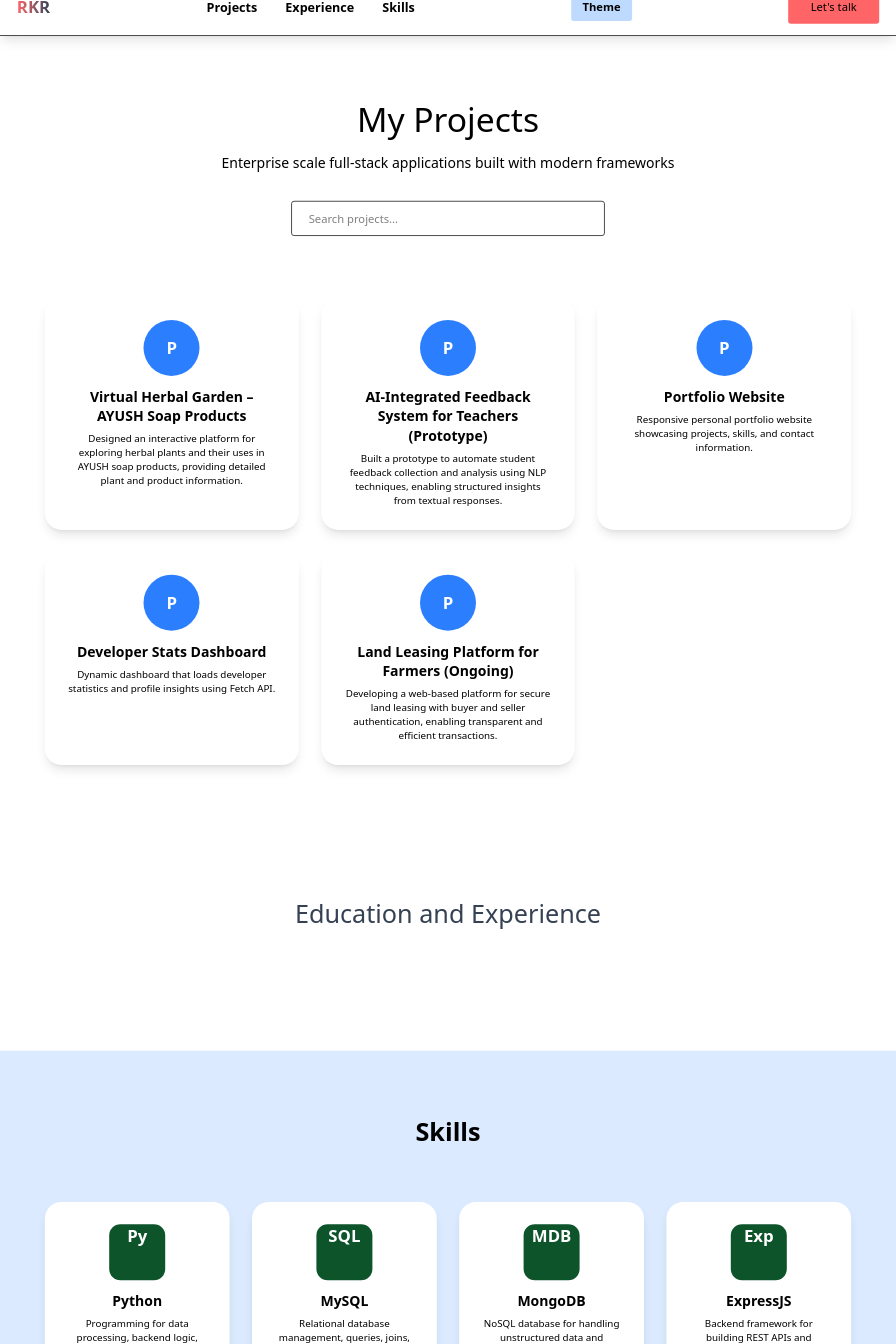
Repository: Rhaashee/myProfile
Page: index.html
The author's editor kept a copy of each file at every save. The page is drawn from the files as they stood at one save, then again after a run of saves.
The browser window is 1280 px wide. The pictures show the part of the page from y = 750 to 2670 px (the page is 3723 px tall), at 70% of full size.

Above is the page before, as saved 2026-04-27 16:53:11.
Console error: SyntaxError: Identifier 'projectsData' has already been declared

### index.html
<!-- MERN_Stu_FebMay26Mys\W4\D5\portfolio-project\index.html -->
<!DOCTYPE html>
<html lang="en">

<head>
    <meta charset="UTF-8">
    <meta name="viewport" content="width=device-width, initial-scale=1.0">

    <title>Week 3 & 4 Portfolio Project</title>

    <script src="https://cdn.jsdelivr.net/npm/@tailwindcss/browser@4"></script>

    <link rel="stylesheet" href="css/custom.css">

</head>

<body>
    <!-- HERO SECTION -->

    <section
        class="min-h-screen flex flex-col lg:flex-row lg:items-center lg:justify-between px-8 lg:px-16 py-20 gap-12 lg:gap-20">

        <div class="order-2 lg:order-1 flex-1 lg:max-w-lg text-center lg:text-left">

            <h1 class="text-5xl mb-6">Rhaashee L</h1>

            <p class="text-xl lg:text-2xl text-slate-600 font-bold mb-10 max-w-md mx-auto lg:mx-0">
                Full-Stack developer | MERN enthusiast | Competitive Programmer
            </p>

            <div
                class="flex flex-col sm:flex-row gap-4 justify-center lg:justify-start items-center lg:items-start mb-8">

                <a href="#projects" class="bg-red-400 hover:bg-green-500 px-10 py-4 rounded shadow-xl">
                    View Projects
                </a>

                <a href="#resume" class="bg-blue-400 hover:bg-green-500 px-10 py-4 rounded shadow-xl">
                    Download Resume
                </a>

            </div>

            <div class="flex flex-wrap gap-6 justify-center lg:justify-start text-sm font-bold">

                <span>100+ Github commits</span>
                <span>50 LeetCode Questions Solved</span>
                <span>1 live projects completed</span>

            </div>

        </div>

        <div class="order-1 lg:order-2 w-full lg:w-96 max-w-sm mx-auto lg:mx-0">

            <img src="assets/images/img.jpg" alt="My photo"
                class="aspect-square w-full rounded shadow-lg mx-auto lg:mx-0 hover:ring-blue-500 transition-all duration-300 hover:scale-[1.02]"
                loading="lazy">

        </div>

    </section>

    <!-- NAVBAR -->

    <nav class="sticky top-0 z-50 bg-white/95 backdrop-blur-md border-b shadow-lg">

        <div class="max-w-7xl mx-auto px-6 py-4 flex items-center justify-between">

            <a href="#"
                class="text-2xl font-bold bg-clip-text bg-gradient-to-r from-red-400 to-slate-700 text-transparent">
                RKR
            </a>

            <ul class="hidden md:flex items-center gap-10">

                <li><a href="#projects" class="text-lg font-bold hover:text-blue-600">Projects</a></li>

                <li><a href="#experience" class="text-lg font-bold hover:text-blue-600">Experience</a></li>

                <li><a href="#skills" class="text-lg font-bold hover:text-blue-600">Skills</a></li>

            </ul>
            <button id="theme-toggle" class="bg-blue-200 px-4 py-2 rounded font-bold">Theme</button>
            <a href="#contact" class="bg-red-400 hover:bg-green-500 rounded transition-all duration-300 px-8 py-3">
                Let's talk
            </a>

        </div>

    </nav>

    <!-- PROJECTS -->

    <section id="projects" class="py-24 px-8 lg:px-16">

        <div class="max-w-7xl mx-auto">

            <div class="text-center mb-10">

                <h2 class="text-4xl lg:text-5xl mb-6">My Projects</h2>

                <p class="text-xl max-w-2xl mx-auto">
                    Enterprise scale full-stack applications built with modern frameworks
                </p>

            </div>

            <!-- Project Search (Feature will attach here) -->

            <div class="mb-10 text-center">

                <input id="project-search" type="text" placeholder="Search projects..."
                    class="border rounded px-6 py-3 w-full max-w-md">

            </div>

            <!-- Project Filter Bar -->

            <div id="project-filters" class="flex flex-wrap justify-center gap-4 mb-12">
            </div>

            <!-- Dynamic container for projects -->

            <div id="projects-container" class="grid grid-cols-1 md:grid-cols-2 lg:grid-cols-3 gap-8">
            </div>

        </div>

    </section>

    <!-- EXPERIENCE -->

    <section id="experience" class="py-24 px-8 lg:px-16">

        <div class="max-w-4xl mx-auto">

            <h2 class="text-4xl text-gray-700 text-center mb-20">
                Education and Experience
            </h2>

            <!-- existing experience cards remain unchanged -->

        </div>

    </section>

    <!-- SKILLS -->

    <section id="skills" class="py-24 px-8 lg:px-16 bg-blue-100">

        <div class="max-w-7xl mx-auto">

            <h2 class="text-4xl text-center font-bold mb-20">
                Skills
            </h2>

            <!-- Dynamic Skills Container -->

            <div id="skills-container" class="grid grid-cols-1 md:grid-cols-2 lg:grid-cols-4 gap-8">
            </div>

        </div>

    </section>

    <!-- CONTACT MODAL -->

    <button id="modal-trigger"
        class="fixed bottom-8 right-8 w-16 h-16 bg-blue-900 text-white rounded-full shadow-2xl flex items-center justify-center text-2xl font-bold">
        ☏
    </button>

    <div id="contact-modal" class="fixed inset-0 z-50 hidden bg-black/50 backdrop-blur-md">

        <div class="flex items-center justify-center min-h-screen p-4">

            <div id="modal-content"
                class="bg-white w-full max-w-md rounded-2xl shadow-2xl scale-95 opacity-0 transition-all duration-300">

                <div class="sticky top-0 border-b p-8 pt-12 bg-white">

                    <h3 class="text-2xl font-bold">Contact Me</h3>

                    <button id="modal-close" class="absolute top-6 right-6 text-2xl font-bold">
                        ×
                    </button>

                </div>

                <form id="contact-form" class="p-8 space-y-4">

                    <input id="contact-name" type="text" placeholder="Your name"
                        class="w-full border rounded px-4 py-3">

                    <input id="contact-email" type="email" placeholder="email@website.com"
                        class="w-full border rounded px-4 py-3">

                    <p id="form-message" class="text-sm text-red-500"></p>

                    <div class="flex flex-col sm:flex-row gap-4 pt-4">

                        <button type="button" id="form-cancel" class="flex-1 font-bold py-4 px-6">
                            Cancel
                        </button>

                        <button type="submit" class="flex-1 font-bold py-4 px-6">
                            Submit
                        </button>

                    </div>

                </form>

            </div>

        </div>

    </div>
    <!-- SWIPE TO HOME BUTTON -->

    <button id="home-swiper"
        class="fixed bottom-8 left-8 bg-pink-200 text-white px-5 py-3 rounded-full shadow-xl hover:bg-blue-600 transition">
        Back to Home
    </button>
    <!-- MAIN JS ENTRY-->

    <script src="js/data/projects.js"></script>
    <script src="js/data/skills.js"></script>
    <script src="js/features/skills-render.js"></script>
    <script src="js/features/modal.js"></script>
    <script src="js/features/contact-validation.js"></script>
    <script src="js/features/theme-toggle.js"></script>
    <script src="js/data/projects.js"></script>
    <script src="js/features/project-filter.js"></script>
    <script src="js/features/project-search.js"></script>
    <script src="js/main.js"></script>
    <script src="js/features/BackToTop.js"></script>



</body>

</html>

### css/custom.css
.dark-mode{
    background-color: black;
    color: white;
}
.dark-mode nav{
    background-color: rgb(178, 173, 173);
    color: white;
}
.dark-mode section{
    background-color: rgb(0, 0, 0);
    color: white;
}
.dark-mode .bg-blue-100{
    background-color: rgb(235, 236, 240);
    color: rgb(153, 145, 145);
}
.dark-mode .bg-white{
    background-color: rgb(0, 0, 0);
}
.dark-mode .text-gray-700{
    color: white;
}

### js/data/projects.js
const projectsData = [
  {
    id: 1,
    name: "Virtual Herbal Garden – AYUSH Soap Products",
    category: "Web Development",
    description:
      "Designed an interactive platform for exploring herbal plants and their uses in AYUSH soap products, providing detailed plant and product information.",
    technologies: ["Python", "HTML", "CSS"],
    status: "Completed",
    liveDemo: "#",
    github: "#"
  },
  {
    id: 2,
    name: "AI-Integrated Feedback System for Teachers (Prototype)",
    category: "AI / NLP",
    description:
      "Built a prototype to automate student feedback collection and analysis using NLP techniques, enabling structured insights from textual responses.",
    technologies: ["Python", "Flask", "NLP"],
    status: "Prototype",
    liveDemo: "#",
    github: "#"
  },
  {
    id: 3,
    name: "Portfolio Website",
    category: "Frontend",
    description:
      "Responsive personal portfolio website showcasing projects, skills, and contact information.",
    technologies: ["HTML", "Tailwind CSS", "JavaScript"],
    status: "Live",
    liveDemo: "#",
    github: "#"
  },
  {
    id: 4,
    name: "Developer Stats Dashboard",
    category: "JavaScript",
    description:
      "Dynamic dashboard that loads developer statistics and profile insights using Fetch API.",
    technologies: ["JavaScript", "Fetch API", "JSON"],
    status: "Demo",
    liveDemo: "#",
    github: "#"
  }, {

    id: 5,
    name: "Land Leasing Platform for Farmers (Ongoing)",
    category: "Web Development",
    description:
      "Developing a web-based platform for secure land leasing with buyer and seller authentication, enabling transparent and efficient transactions.",
    technologies: ["HTML", "CSS", "JavaScript", "MySQL"],
    status: "Ongoing",
    liveDemo: "#",
    github: "#"
  }

];

### js/data/skills.js

const skillsData = [
  {
    id: 1,
    name: "Python",
    shortLabel: "Py",
    description: "Programming for data processing, backend logic, and machine learning applications."
  },
  {
    id: 2,
    name: "MySQL",
    shortLabel: "SQL",
    description: "Relational database management, queries, joins, and data handling."
  },
  {
    id: 3,
    name: "MongoDB",
    shortLabel: "MDB",
    description: "NoSQL database for handling unstructured data and scalable applications."
  },
  {
    id: 4,
    name: "ExpressJS",
    shortLabel: "Exp",
    description: "Backend framework for building REST APIs and server-side applications."
  },
  {
    id: 5,
    name: "ReactJS",
    shortLabel: "R",
    description: "Component-based UI development with hooks and state management."
  },
  {
    id: 6,
    name: "NodeJS",
    shortLabel: "Node",
    description: "JavaScript runtime for building scalable backend services."
  },
  {
    id: 7,
    name: "Power BI",
    shortLabel: "BI",
    description: "Interactive dashboards and data visualization for business insights."
  },
  {
    id: 8,
    name: "Tableau",
    shortLabel: "Tb",
    description: "Data visualization and storytelling through charts and dashboards."
  },
  {
    id: 9,
    name: "Machine Learning",
    shortLabel: "ML",
    description: "Data preprocessing, supervised and unsupervised learning, and predictive modeling."
  },
  {
    id: 10,
    name: "NLP",
    shortLabel: "NLP",
    description: "Text processing and analysis using natural language processing techniques."
  },
  {
    id: 11,
    name: "Communication",
    shortLabel: "Comm",
    description: "Effective verbal and written communication in professional environments."
  },
  {
    id: 12,
    name: "Teamwork",
    shortLabel: "Team",
    description: "Collaborating efficiently with teams to achieve shared goals."
  },
  {
    id: 13,
    name: "Leadership",
    shortLabel: "Lead",
    description: "Guiding teams, taking initiative, and decision-making."
  },
  {
    id: 14,
    name: "Adaptability",
    shortLabel: "Adapt",
    description: "Quickly adjusting to new technologies and changing environments."
  },
  {
    id: 15,
    name: "Presentation Skills",
    shortLabel: "Pres",
    description: "Delivering ideas clearly and confidently to an audience."
  }
];

### js/features/skills-render.js
function renderSkills(){
    const skillsContainer = document.getElementById("skills-container");

    if(!skillsContainer){
        console.log("Skills Contianer not found");
        return;
    }
    skillsContainer.innerHTML = "";
    skillsData.forEach(function(skill){
        // to create outer card
        const card = document.createElement("div");
        card.className = "p-8 text-center bg-white rounded-3xl shadow-lg";

        // create icon
        const iconBox = document.createElement("div");
        iconBox.className = "w-20 h-20 mx-auto mb-4 bg-green-900 rounded-2xl flex item-center justify-center";

        // create icon
        const iconText = document.createElement("span");
        iconText.className = "text-2xl text-white font-bold"
        iconText.textContent = skill.shortLabel;

        // Put iconText inside iconBox
        iconBox.appendChild(iconText);

        // create a skill name
        const skillsName = document.createElement("h3");
        skillsName.className = "text-xl font-bold mb-2";
        skillsName.textContent = skill.name;

        // create skill description
        const skillDescription = document.createElement("p");
        skillDescription.className = "text-sm";
        skillDescription.textContent = skill.description;

        // append all child elements to card
        card.appendChild(iconBox);
        card.appendChild(skillsName);
        card.appendChild(skillDescription);

        // append card to skills container
        skillsContainer.appendChild(card);
    });
    console.log("Skills rendered successfully");
}

### js/features/modal.js
function initModal(){
    const modal = document.getElementById("contact-modal");
    const modalContent = document.getElementById("modal-content");
    const modalTrigger = document.getElementById("modal-trigger");
    const modalClose = document.getElementById("modal-close");
    const formCancel = document.getElementById("form-cancel");

    if(!modal || !modalContent || !modalTrigger || !modalClose || !formCancel){
        console.log("Modal element not found");
        return;
    }
    function openModal(){
        modal.classList.remove("hidden");

        setTimeout(function(){
            modalContent.classList.remove("scale-95","opacity-0");
        },10);
    }
    function closeModal(){
        modalContent.classList.add("scale-95","opacity-0");
        setTimeout(function(){
            modal.classList.add("hidden");
        },200);
    }
    modalTrigger.addEventListener("click",openModal);
    modalClose.addEventListener("click",closeModal);
    formCancel.addEventListener("click",closeModal);

    //close when clicking on backdrop
    modal.addEventListener("click",function(event){
        if(event.target === modal){
            closeModal();
        }
    });
    console.log("Modal opened successfully");
}

### js/features/contact-validation.js
function initContactValidation(){
    const contactModal = document.getElementById("contact-modal");
    const contactForm = document.getElementById("contact-form");
    const contactName = document.getElementById("contact-name");
    const contactEmail = document.getElementById("contact-email");
    const formMessage = document.getElementById("form-message");

    if(!contactModal || !contactForm || !contactName || !contactEmail || !formMessage){
        console.log("Contact form elements not found");
        return;
    }

    contactForm.addEventListener("submit",function(event){
        event.preventDefault();

        const name = contactName.value.trim();
        const email = contactEmail.value.trim();

        formMessage.textContent = "";
        formMessage.className = "text-sm";

        // Name validation
        if(name === ""){
            formMessage.textContent = "Name is required";
            formMessage.classList.add("text-red-500");
            contactName.focus();
            return;
        }
        if(name.length < 5){
            formMessage.textContent = "Name must be atleast 5 chars"
            formMessage.classList.add("text-red-500");
            contactName.focus();
            return;
        }
        // Email Validation
        if(email === ""){
            formMessage.textContent = "Email is required";
            formMessage.classList.add("text-red-500");
            contactEmail.focus();
            return;
        }
        const emailPattern = /^[^\s@]+@[^\s@]+\.[^\s@]+$/;

        if(!emailPattern.test(email)){
            formMessage.textContent = "Enter valid email";
            formMessage.classList.add("text-red-500");
            contactEmail.focus();
            return;
        }

        formMessage.textContent = "Meassage Submitted Sucessfully";
        formMessage.classList.add("text-green-600");
        console.log("Valid credentials : ",{name:name,email:email});
        contactForm.reset();
    });
    contactName.addEventListener("input",function(){
        formMessage.textContent = "";
    });
    contactEmail.addEventListener("input",function(){
        formMessage.textContent = "";
    });
}

### js/features/theme-toggle.js
function initThemeToggle(){
    const toggleBtn = document.getElementById("theme-toggle");
    const body = document.body;

    const savedTheme = localStorage.getItem("portfolio-theme");

    if(savedTheme === "dark"){
        body.classList.add("dark-mode");
    }
    toggleBtn.addEventListener("click",function(){
        body.classList.toggle("dark-mode");
        if(body.classList.contains("dark-mode")){
            localStorage.setItem("portfolio-theme","dark");
            console.log("Dark mode enanbled");
        }else{
            localStorage.setItem("portfolio-theme","light");
            console.log("Light mode enanbled");
        }
    });
}

### js/features/project-filter.js
function filterProject(projects) {
    const projectsContainer = document.getElementById("projects-container");

    if (!projectsContainer) {
        console.log("Project container not found");
        return;
    }

    projectsContainer.innerHTML = "";

    projects.forEach(function (project) {

        const card = document.createElement("div");
        card.className = "p-8 text-center bg-white rounded-3xl shadow-lg";

        const iconBox = document.createElement("div");
        iconBox.className = "w-20 h-20 mx-auto mb-4 flex items-center justify-center bg-blue-500 rounded-full";

        const iconText = document.createElement("span");
        iconText.className = "text-2xl text-white font-bold";
        iconText.textContent = project.shortLabel || "P";

        iconBox.appendChild(iconText);

        const projectName = document.createElement("h2");
        projectName.className = "text-xl font-bold mb-2";
        projectName.textContent = project.name;

        const projectDescription = document.createElement("p");
        projectDescription.className = "text-sm";
        projectDescription.textContent = project.description;

        card.appendChild(iconBox);
        card.appendChild(projectName);
        card.appendChild(projectDescription);

        projectsContainer.appendChild(card);
    });
}

### js/features/project-search.js
// render all projects initially
document.addEventListener("DOMContentLoaded", function () {
    filterProject(projectsData);
});

document.addEventListener("DOMContentLoaded", function () {

    const searchInput = document.getElementById("project-search");

    // show all projects initially
    filterProject(projectsData);

    if (searchInput) {
        searchInput.addEventListener("input", function () {

            const searchTerm = searchInput.value.toLowerCase();

            const filteredProjects = projectsData.filter(function (project) {
                return (
                    project.name.toLowerCase().includes(searchTerm) ||
                    project.description.toLowerCase().includes(searchTerm) ||
                    (project.technologies &&
                        project.technologies.join(" ").toLowerCase().includes(searchTerm)) ||
                    (project.category &&
                        project.category.toLowerCase().includes(searchTerm))
                );
            });

            filterProject(filteredProjects);
        });
    }

});

### js/main.js
document.addEventListener("DOMContentLoaded", function(){
    // Render Skills
    renderSkills();
    initModal();
    initContactValidation();
    initThemeToggle();
    SearchProjects();
})

### js/features/BackToTop.js
const swiperButton = document.getElementById("home-swiper");

// safety check (important)
if (swiperButton) {

    // hide initially
    swiperButton.style.display = "none";

    // scroll to top
    swiperButton.addEventListener("click", function () {
        window.scrollTo({
            top: 0,
            behavior: "smooth"
        });
    });

    // show on scroll
    window.addEventListener("scroll", function () {
        if (window.scrollY > 300) {
            swiperButton.style.display = "block";
        } else {
            swiperButton.style.display = "none";
        }
    });

}

After the next 7 saves:
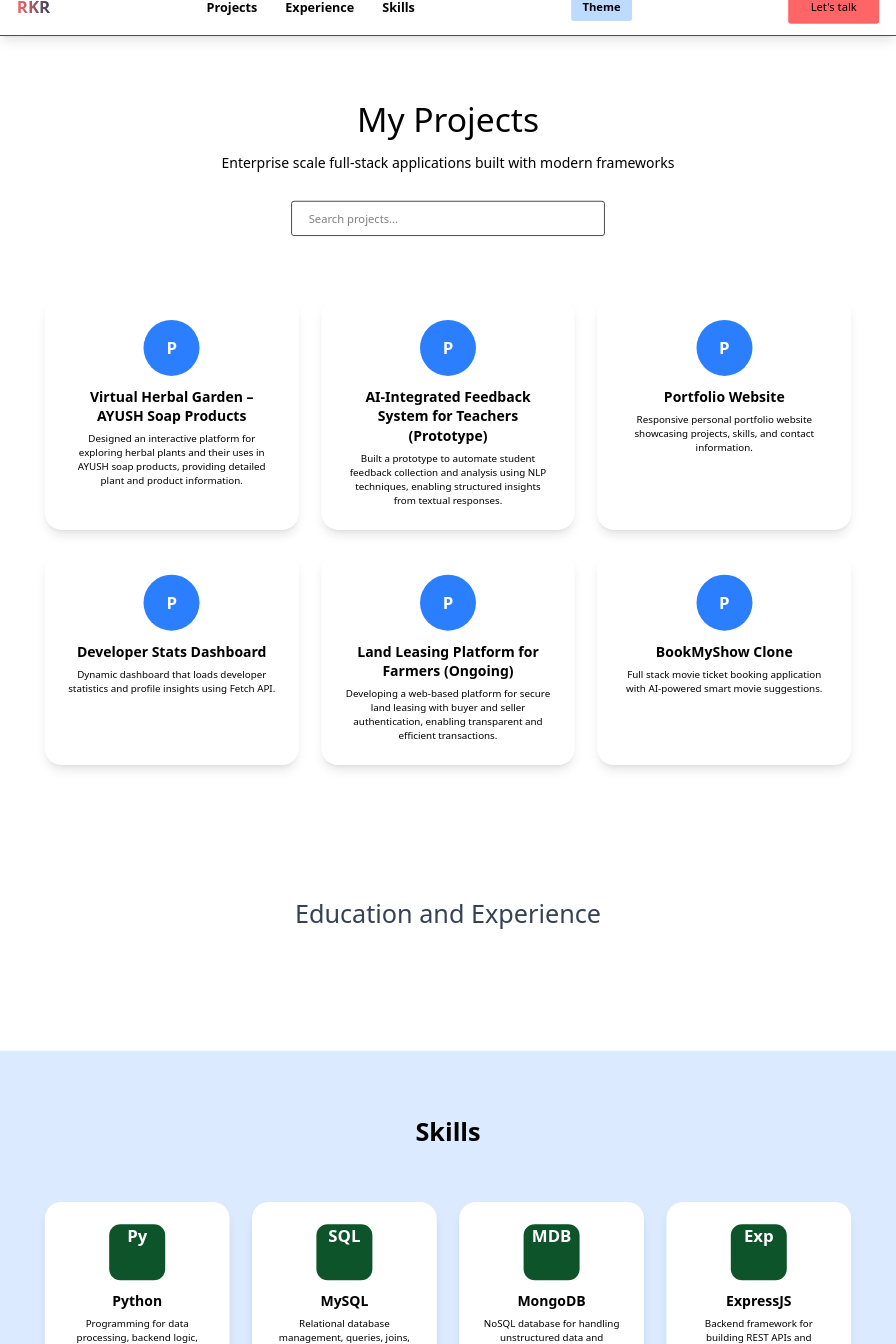
The 7 saves are shown as one change because they came seconds apart.
The last was saved 41 s later.
--- a/js/data/projects.js
+++ b/js/data/projects.js
@@ -53,6 +53,17 @@ const projectsData = [
     status: "Ongoing",
     liveDemo: "#",
     github: "#"
+  },
+  {
+    id: 6,
+    name: "BookMyShow Clone",
+    category: "MERN",
+    description:
+      "Full stack movie ticket booking application with AI-powered smart movie suggestions.",
+    technologies: ["ReactJS", "ExpressJS", "MongoDB", "NodeJS"],
+    status: "Demo",
+    liveDemo: "#",
+    github: "#"
   }
 
 ];
